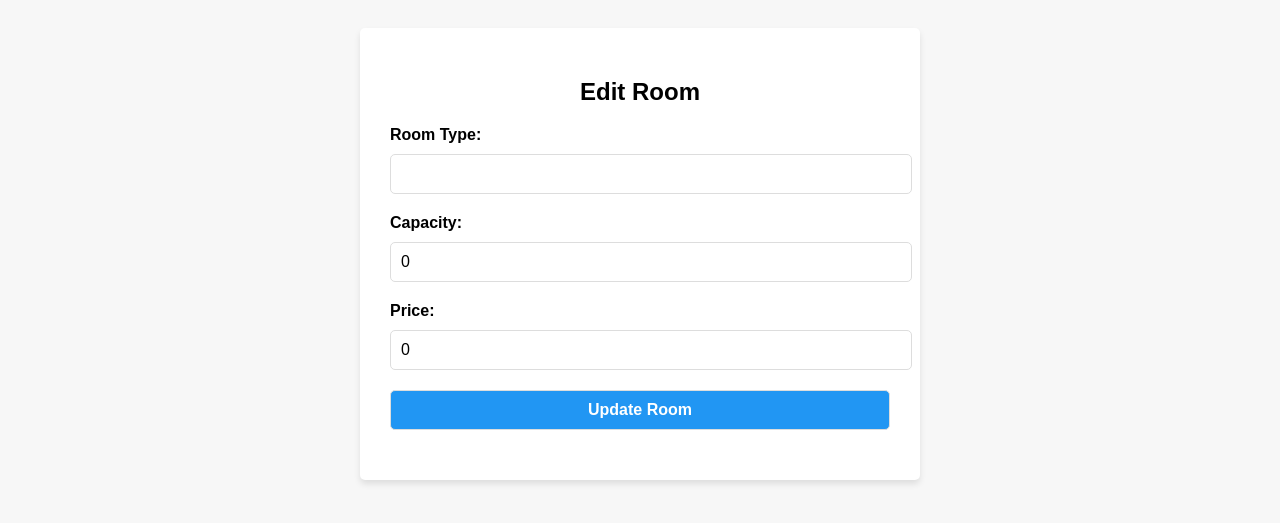
Repository: Trikisalem/examentp_jakarta
Page: http://localhost/hotel/admin/editRoom.jsp
These files come from the project's save history. The page is drawn as it stood at one moment and after the next save; the edit follows.
The browser window is 1280 px wide. The pictures show the whole page.
The page is served by Tomcat 10. Nobody is signed in. The application's start-up code is not run. Other server files are loaded and not shown.

Above is the page before, as saved 2024-12-14 21:28:00.

### hotel/src/main/webapp/admin/editRoom.jsp
 <%@ page language="java" contentType="text/html; charset=UTF-8" pageEncoding="UTF-8"%>
<%@ page import="java.sql.*, com.mysql.cj.jdbc.Driver" errorPage="error.jsp" %>
<%!
    PreparedStatement pst;
    ResultSet rs;
%>

<%
    // Déclaration de la variable pour la connexion
    Connection conn = null;

    try {
        // Informations de connexion à la base de données
        String url = "jdbc:mysql://localhost:3306/hotel_management";
        String user = "root";
        String password = "triki";

        // Charger le driver JDBC pour MySQL
        Class.forName("com.mysql.cj.jdbc.Driver");

        // Établir la connexion
        conn = DriverManager.getConnection(url, user, password);

        // Vérifier si la connexion a échoué
        if (conn == null) {
            out.println("<script>alert('Database connection error!'); window.location.href='error.jsp';</script>");
            return;
        }
    } catch (SQLException | ClassNotFoundException e) {
        // Afficher les erreurs dans la console et rediriger en cas d'échec
        e.printStackTrace();
        out.println("<script>alert('Error connecting to the database!'); window.location.href='error.jsp';</script>");
        return;
    }

    // Variables pour l'édition du type de chambre
    String id = request.getParameter("id");
    String label = "";
    int capacity = 0;
    int price = 0;

    // Récupérer les détails du type de chambre si l'ID est présent
    try {
        if (id != null) {
            String sql = "SELECT * FROM RoomType WHERE id = ?";
            pst = conn.prepareStatement(sql);
            pst.setInt(1, Integer.parseInt(id));
            rs = pst.executeQuery();

            if (rs.next()) {
                label = rs.getString("label");
                capacity = rs.getInt("capacity");
                price = rs.getInt("price");
            } else {
                out.println("<script>alert('No room found with the given ID!'); window.location.href='error.jsp';</script>");
                return;
            }
        }
    } catch (SQLException e) {
        e.printStackTrace();
        out.println("<script>alert('Error retrieving room data!'); window.location.href='error.jsp';</script>");
        return;
    }

    // Mise à jour des informations du type de chambre
    if (request.getParameter("update") != null) {
        try {
            label = request.getParameter("label");
            capacity = Integer.parseInt(request.getParameter("capacity"));
            price = Integer.parseInt(request.getParameter("price"));

            // Validation des entrées
            if (label == null || label.isEmpty() || capacity <= 0 || price <= 0) {
                out.println("<script>alert('Invalid input data!'); window.location.href='error.jsp';</script>");
                return;
            }

            String updateSql = "UPDATE RoomType SET label = ?, capacity = ?, price = ? WHERE id = ?";
            pst = conn.prepareStatement(updateSql);
            pst.setString(1, label);
            pst.setInt(2, capacity);
            pst.setInt(3, price);
            pst.setInt(4, Integer.parseInt(id));

            // Exécution de la mise à jour
            int rowsUpdated = pst.executeUpdate();

            if (rowsUpdated > 0) {
                out.println("<script>alert('Room details updated successfully!'); window.location.href='profit.jsp';</script>");
            } else {
                out.println("<script>alert('Failed to update room details!'); window.location.href='error.jsp';</script>");
            }
        } catch (SQLException e) {
            e.printStackTrace();
            out.println("<script>alert('Error updating room details!'); window.location.href='error.jsp';</script>");
        }
    }
%>

<!DOCTYPE html>
<html xmlns="http://www.w3.org/1999/xhtml">
<head>
    <meta charset="utf-8" />
    <meta name="viewport" content="width=device-width, initial-scale=1.0" />
    <title>Edit Room - Hotel Management</title>

    <!-- CSS intégré pour la mise en page -->
    <style>
        body {
            font-family: Arial, sans-serif;
            background-color: #f7f7f7;
            padding: 20px;
        }
        .form-container {
            background-color: white;
            border-radius: 5px;
            padding: 30px;
            box-shadow: 0 4px 6px rgba(0, 0, 0, 0.1);
            max-width: 500px;
            margin: auto;
        }
        .form-container h2 {
            text-align: center;
            margin-bottom: 20px;
        }
        .form-container label {
            display: block;
            margin-bottom: 10px;
            font-weight: bold;
        }
        .form-container input, .form-container button {
            width: 100%;
            padding: 10px;
            margin-bottom: 20px;
            font-size: 16px;
            border: 1px solid #ddd;
            border-radius: 5px;
        }
        .form-container button {
            background-color: #2196F3;
            color: white;
            cursor: pointer;
            font-weight: bold;
        }
        .form-container button:hover {
            background-color: #0b7dda;
        }
        .form-container input:focus, .form-container button:focus {
            outline: none;
            border-color: #2196F3;
        }
    </style>
</head>
<body>
    <div class="form-container">
        <h2>Edit Room</h2>
        <form method="post" action="editRoom.jsp?id=<%= id %>">
            <label for="label">Room Type:</label>
            <input type="text" id="label" name="label" value="<%= label %>" required />

            <label for="capacity">Capacity:</label>
            <input type="number" id="capacity" name="capacity" value="<%= capacity %>" required min="1" />

            <label for="price">Price:</label>
            <input type="number" id="price" name="price" value="<%= price %>" required min="1" />

            <button type="submit" name="update">Update Room</button>
        </form>
    </div>
</body>
</html>

After the next save:
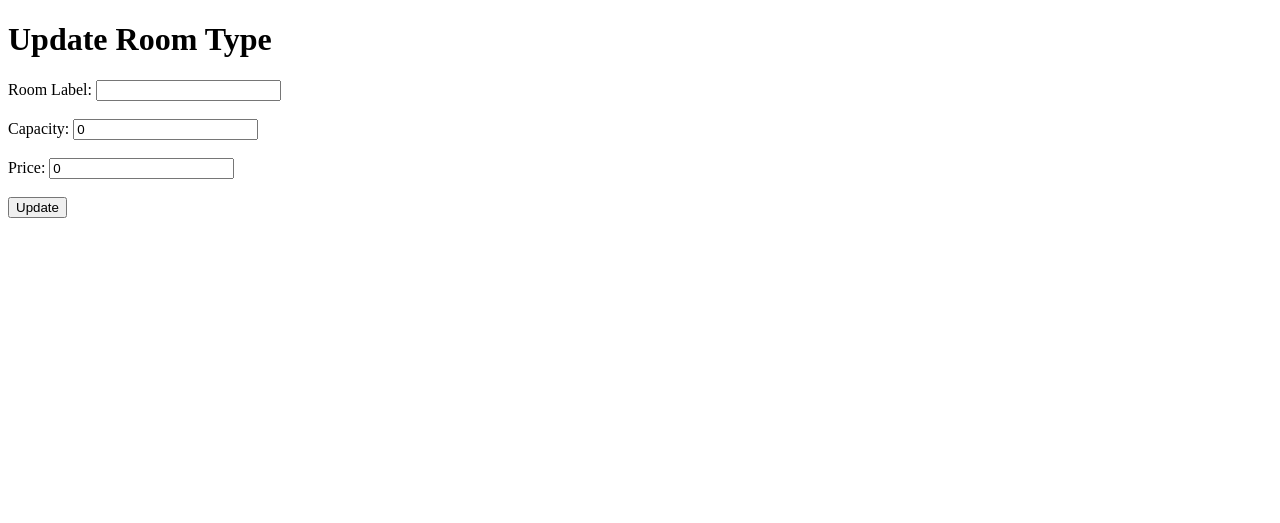
Saved 6 min 34 s later.
--- a/hotel/src/main/webapp/admin/editRoom.jsp
+++ b/hotel/src/main/webapp/admin/editRoom.jsp
@@ -1,4 +1,4 @@
- <%@ page language="java" contentType="text/html; charset=UTF-8" pageEncoding="UTF-8"%>
+<%@ page language="java" contentType="text/html; charset=UTF-8" pageEncoding="UTF-8"%>
 <%@ page import="java.sql.*, com.mysql.cj.jdbc.Driver" errorPage="error.jsp" %>
 <%!
     PreparedStatement pst;
@@ -82,90 +82,66 @@
             pst.setInt(3, price);
             pst.setInt(4, Integer.parseInt(id));
 
-            // Exécution de la mise à jour
-            int rowsUpdated = pst.executeUpdate();
+            int rowsAffected = pst.executeUpdate();
+            if (rowsAffected > 0) {
+                out.println("<script>alert('Room Type Updated'); window.location.href='roomtypes.jsp';</script>");
+            } else {
+                out.println("<script>alert('Failed to update Room Type'); window.location.href='error.jsp';</script>");
+            }
 
-            if (rowsUpdated > 0) {
-                out.println("<script>alert('Room details updated successfully!'); window.location.href='profit.jsp';</script>");
-            } else {
-                out.println("<script>alert('Failed to update room details!'); window.location.href='error.jsp';</script>");
-            }
         } catch (SQLException e) {
             e.printStackTrace();
-            out.println("<script>alert('Error updating room details!'); window.location.href='error.jsp';</script>");
+            out.println("<script>alert('Error updating room data!'); window.location.href='error.jsp';</script>");
+            return;
         }
     }
 %>
 
 <!DOCTYPE html>
-<html xmlns="http://www.w3.org/1999/xhtml">
+<html lang="en">
 <head>
-    <meta charset="utf-8" />
-    <meta name="viewport" content="width=device-width, initial-scale=1.0" />
-    <title>Edit Room - Hotel Management</title>
+    <meta charset="UTF-8">
+    <meta name="viewport" content="width=device-width, initial-scale=1.0">
+    <title>Update Room Type</title>
+    <script>
+        function showUpdatePage() {
+            document.getElementById('dashboard-section').style.display = 'none'; // Masquer le Dashboard
+            document.getElementById('update-section').style.display = 'block'; // Afficher la section de mise à jour
+        }
 
-    <!-- CSS intégré pour la mise en page -->
-    <style>
-        body {
-            font-family: Arial, sans-serif;
-            background-color: #f7f7f7;
-            padding: 20px;
+        // Cette fonction peut être appelée lors de la soumission du formulaire pour une mise à jour réussie
+        function showConfirmation() {
+            alert("Room Type Updated Successfully!");
+            window.location.href = 'roomtypes.jsp';
         }
-        .form-container {
-            background-color: white;
-            border-radius: 5px;
-            padding: 30px;
-            box-shadow: 0 4px 6px rgba(0, 0, 0, 0.1);
-            max-width: 500px;
-            margin: auto;
-        }
-        .form-container h2 {
-            text-align: center;
-            margin-bottom: 20px;
-        }
-        .form-container label {
-            display: block;
-            margin-bottom: 10px;
-            font-weight: bold;
-        }
-        .form-container input, .form-container button {
-            width: 100%;
-            padding: 10px;
-            margin-bottom: 20px;
-            font-size: 16px;
-            border: 1px solid #ddd;
-            border-radius: 5px;
-        }
-        .form-container button {
-            background-color: #2196F3;
-            color: white;
-            cursor: pointer;
-            font-weight: bold;
-        }
-        .form-container button:hover {
-            background-color: #0b7dda;
-        }
-        .form-container input:focus, .form-container button:focus {
-            outline: none;
-            border-color: #2196F3;
-        }
-    </style>
+    </script>
 </head>
-<body>
-    <div class="form-container">
-        <h2>Edit Room</h2>
-        <form method="post" action="editRoom.jsp?id=<%= id %>">
-            <label for="label">Room Type:</label>
-            <input type="text" id="label" name="label" value="<%= label %>" required />
+<body onload="showUpdatePage()">
+
+    <div id="dashboard-section" style="display:block;">
+        <!-- Contenu du dashboard -->
+        <h1>Dashboard</h1>
+        <p>Some dashboard content here...</p>
+    </div>
+
+    <div id="update-section" style="display:none;">
+        <!-- Formulaire de mise à jour de chambre -->
+        <h1>Update Room Type</h1>
+        <form action="updateRoomType.jsp" method="POST">
+            <input type="hidden" name="id" value="<%= id %>">
+
+            <label for="label">Room Label:</label>
+            <input type="text" id="label" name="label" value="<%= label %>" required><br><br>
 
             <label for="capacity">Capacity:</label>
-            <input type="number" id="capacity" name="capacity" value="<%= capacity %>" required min="1" />
+            <input type="number" id="capacity" name="capacity" value="<%= capacity %>" required><br><br>
 
             <label for="price">Price:</label>
-            <input type="number" id="price" name="price" value="<%= price %>" required min="1" />
+            <input type="number" id="price" name="price" value="<%= price %>" required><br><br>
 
-            <button type="submit" name="update">Update Room</button>
+            <button type="submit" name="update">Update</button>
         </form>
     </div>
+
 </body>
 </html>

After the save that followed:
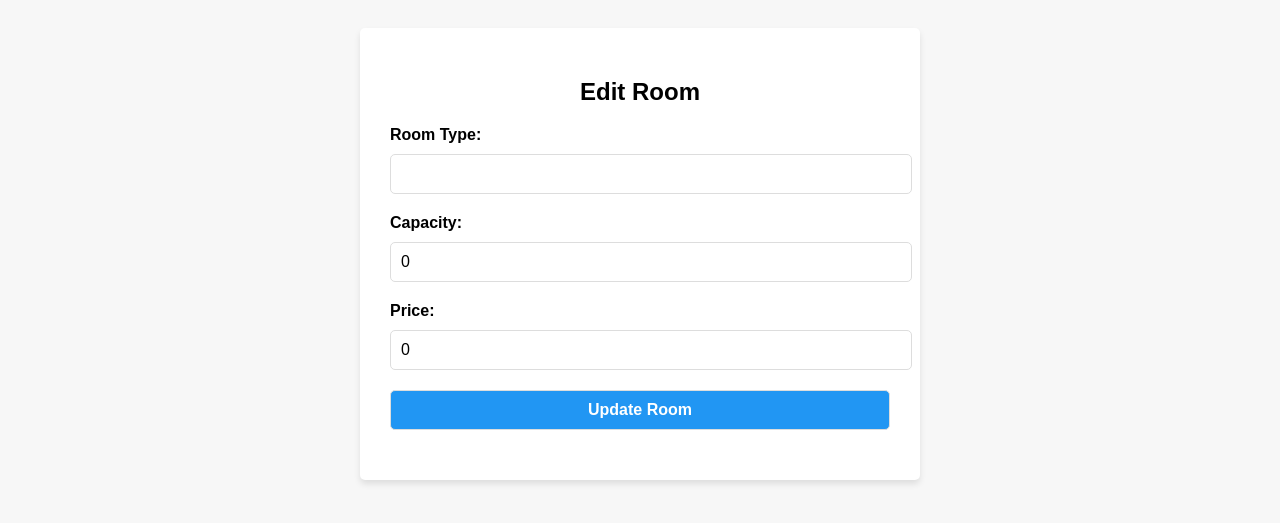
Saved 14 s later.
--- a/hotel/src/main/webapp/admin/editRoom.jsp
+++ b/hotel/src/main/webapp/admin/editRoom.jsp
@@ -1,4 +1,4 @@
-<%@ page language="java" contentType="text/html; charset=UTF-8" pageEncoding="UTF-8"%>
+ <%@ page language="java" contentType="text/html; charset=UTF-8" pageEncoding="UTF-8"%>
 <%@ page import="java.sql.*, com.mysql.cj.jdbc.Driver" errorPage="error.jsp" %>
 <%!
     PreparedStatement pst;
@@ -82,66 +82,90 @@
             pst.setInt(3, price);
             pst.setInt(4, Integer.parseInt(id));
 
-            int rowsAffected = pst.executeUpdate();
-            if (rowsAffected > 0) {
-                out.println("<script>alert('Room Type Updated'); window.location.href='roomtypes.jsp';</script>");
+            // Exécution de la mise à jour
+            int rowsUpdated = pst.executeUpdate();
+
+            if (rowsUpdated > 0) {
+                out.println("<script>alert('Room details updated successfully!'); window.location.href='profit.jsp';</script>");
             } else {
-                out.println("<script>alert('Failed to update Room Type'); window.location.href='error.jsp';</script>");
+                out.println("<script>alert('Failed to update room details!'); window.location.href='error.jsp';</script>");
             }
-
         } catch (SQLException e) {
             e.printStackTrace();
-            out.println("<script>alert('Error updating room data!'); window.location.href='error.jsp';</script>");
-            return;
+            out.println("<script>alert('Error updating room details!'); window.location.href='error.jsp';</script>");
         }
     }
 %>
 
 <!DOCTYPE html>
-<html lang="en">
+<html xmlns="http://www.w3.org/1999/xhtml">
 <head>
-    <meta charset="UTF-8">
-    <meta name="viewport" content="width=device-width, initial-scale=1.0">
-    <title>Update Room Type</title>
-    <script>
-        function showUpdatePage() {
-            document.getElementById('dashboard-section').style.display = 'none'; // Masquer le Dashboard
-            document.getElementById('update-section').style.display = 'block'; // Afficher la section de mise à jour
+    <meta charset="utf-8" />
+    <meta name="viewport" content="width=device-width, initial-scale=1.0" />
+    <title>Edit Room - Hotel Management</title>
+
+    <!-- CSS intégré pour la mise en page -->
+    <style>
+        body {
+            font-family: Arial, sans-serif;
+            background-color: #f7f7f7;
+            padding: 20px;
         }
-
-        // Cette fonction peut être appelée lors de la soumission du formulaire pour une mise à jour réussie
-        function showConfirmation() {
-            alert("Room Type Updated Successfully!");
-            window.location.href = 'roomtypes.jsp';
+        .form-container {
+            background-color: white;
+            border-radius: 5px;
+            padding: 30px;
+            box-shadow: 0 4px 6px rgba(0, 0, 0, 0.1);
+            max-width: 500px;
+            margin: auto;
         }
-    </script>
+        .form-container h2 {
+            text-align: center;
+            margin-bottom: 20px;
+        }
+        .form-container label {
+            display: block;
+            margin-bottom: 10px;
+            font-weight: bold;
+        }
+        .form-container input, .form-container button {
+            width: 100%;
+            padding: 10px;
+            margin-bottom: 20px;
+            font-size: 16px;
+            border: 1px solid #ddd;
+            border-radius: 5px;
+        }
+        .form-container button {
+            background-color: #2196F3;
+            color: white;
+            cursor: pointer;
+            font-weight: bold;
+        }
+        .form-container button:hover {
+            background-color: #0b7dda;
+        }
+        .form-container input:focus, .form-container button:focus {
+            outline: none;
+            border-color: #2196F3;
+        }
+    </style>
 </head>
-<body onload="showUpdatePage()">
-
-    <div id="dashboard-section" style="display:block;">
-        <!-- Contenu du dashboard -->
-        <h1>Dashboard</h1>
-        <p>Some dashboard content here...</p>
-    </div>
-
-    <div id="update-section" style="display:none;">
-        <!-- Formulaire de mise à jour de chambre -->
-        <h1>Update Room Type</h1>
-        <form action="updateRoomType.jsp" method="POST">
-            <input type="hidden" name="id" value="<%= id %>">
-
-            <label for="label">Room Label:</label>
-            <input type="text" id="label" name="label" value="<%= label %>" required><br><br>
+<body>
+    <div class="form-container">
+        <h2>Edit Room</h2>
+        <form method="post" action="editRoom.jsp?id=<%= id %>">
+            <label for="label">Room Type:</label>
+            <input type="text" id="label" name="label" value="<%= label %>" required />
 
             <label for="capacity">Capacity:</label>
-            <input type="number" id="capacity" name="capacity" value="<%= capacity %>" required><br><br>
+            <input type="number" id="capacity" name="capacity" value="<%= capacity %>" required min="1" />
 
             <label for="price">Price:</label>
-            <input type="number" id="price" name="price" value="<%= price %>" required><br><br>
+            <input type="number" id="price" name="price" value="<%= price %>" required min="1" />
 
-            <button type="submit" name="update">Update</button>
+            <button type="submit" name="update">Update Room</button>
         </form>
     </div>
-
 </body>
 </html>
